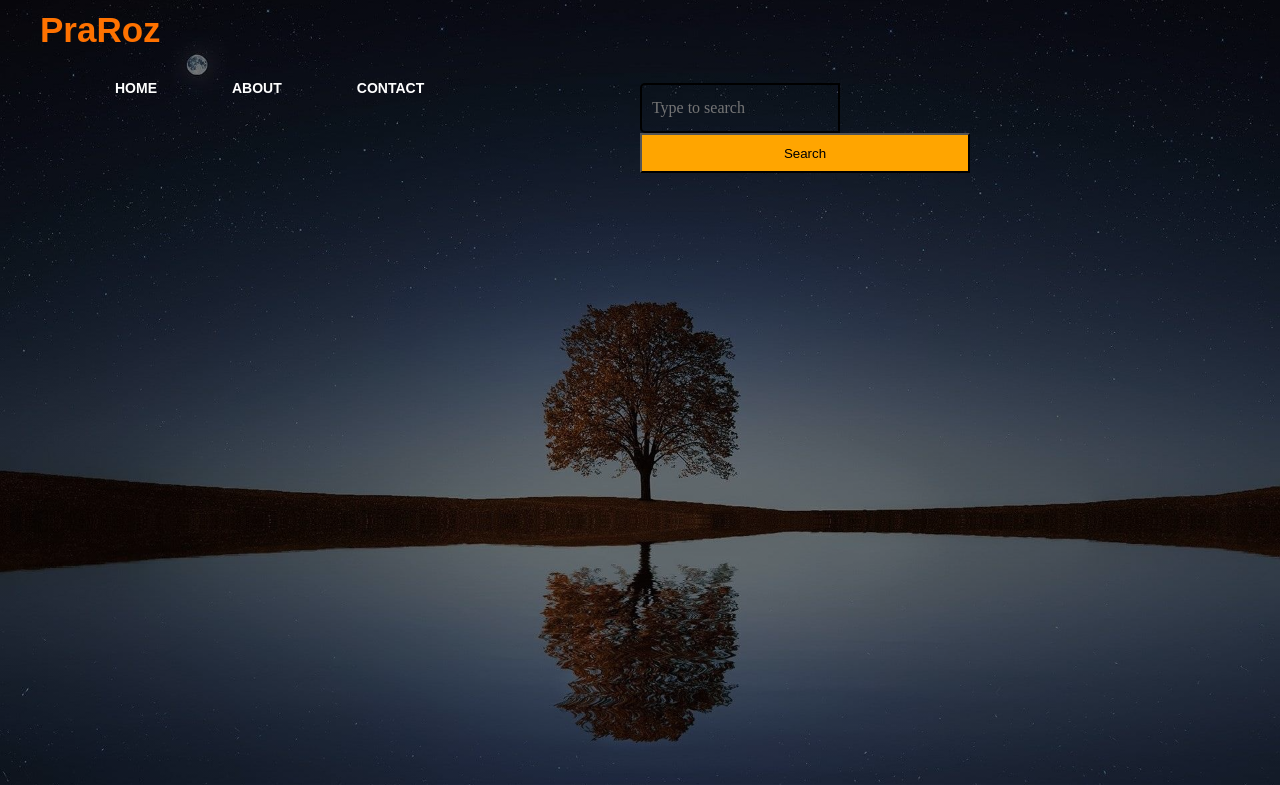
Repository: Cedrqmwesigwa/web-design-course
Page: index.html
An editor plug-in stored every save of this project. The page is shown before and after a run of saves, followed by the edit.
The browser window is 1280 px wide. The pictures show the whole page.

Above is the page before, as saved 2024-04-03 20:08:41.

After the next 2 saves:
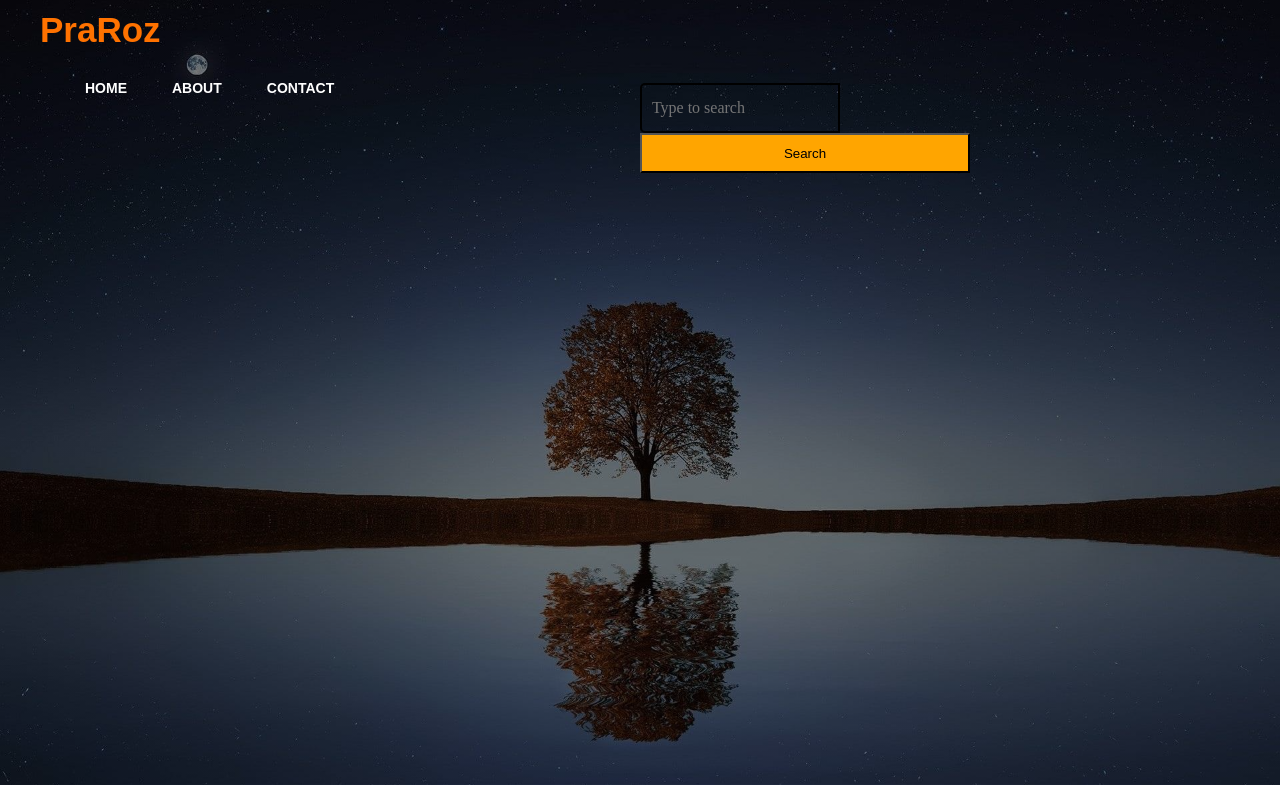
The 2 saves are shown as one change because they came seconds apart.
The last was saved 16 s later.
--- a/style.css
+++ b/style.css
@@ -46,7 +46,7 @@ ul{
 
 ul li{
     list-style: none;
-    margin-left: 75px;
+    margin-left: 45px;
     margin-top: 10px;
     font-size: 14px;
 }
